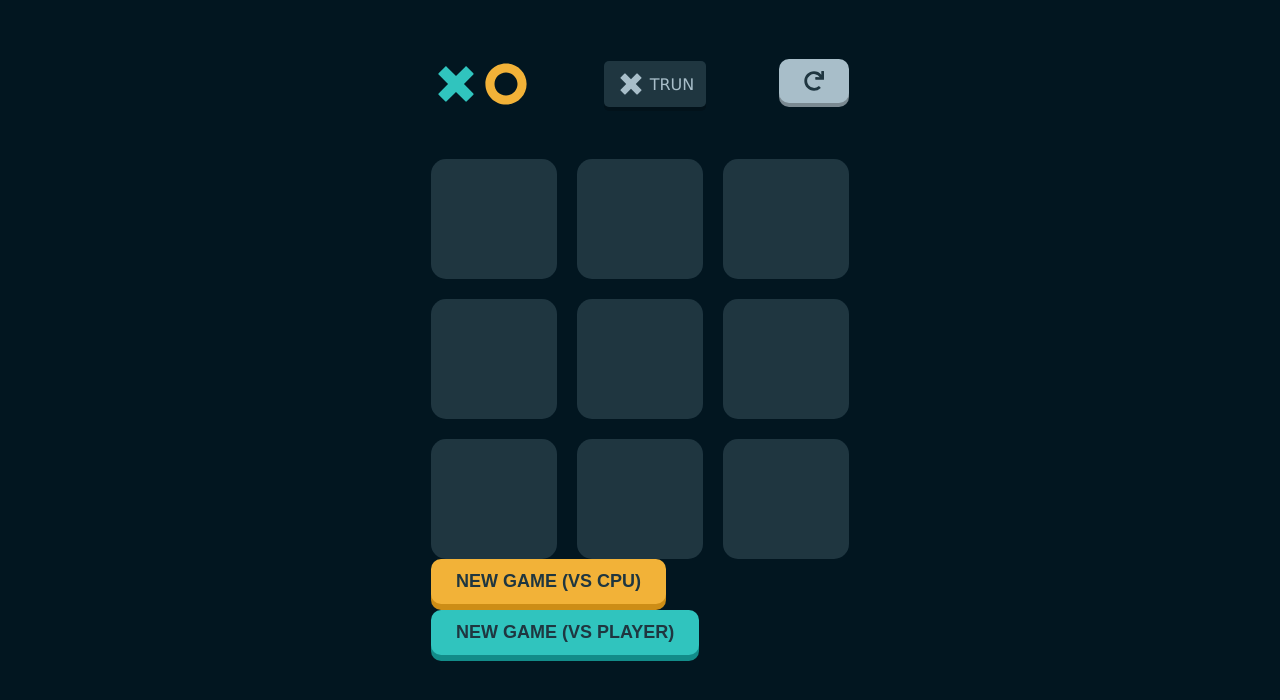
Repository: SD-Mdouka/XO_GAME
Page: /
These files come from the project's save history. The page is drawn as it stood at one moment and after the next save; the edit follows.
The browser window is 1280 px wide. The pictures show the whole page.
The project was rebuilt for these pictures with package versions that can differ from the ones it lists, and the page was loaded fresh each time. Also part of the build but not shown: src/component/start/Start.js.

Above is the page before, as saved 2022-08-29 16:30:36.

### src/index.css
* {
    padding: 0;
    margin: 0;
    box-sizing: border-box;
}

:root {
    --color-bg-dark: #192a33;
    --color-bg-light: #1f3640;
    --color-gray: #a8bec9;
    --color-gray-dark: #7a8991;
    --color-yellow: #f2b238;
    --color-yellow-dark: #cd8d16;
    --color-blue: #30c4be;
    --color-blue-dark: #128c89;
    --shadow-y: 6px;
}

html {
    font-family: "Lucida Sans", "Lucida Sans Regular", "Lucida Grande", "Lucida Sans Unicode", Geneva, Verdana, sans-serif;
    text-transform: uppercase;
    font-size: 16px;
}

body {
    background-color: var(--color-bg-dark);
    color: var(--color-gray);
}

.App {
    background-color: #021620;
    min-height: 100vh;
    display: flex;
    align-items: center;
    justify-content: center;
}

.container {
    max-width: 450px;
    width: 100%;
    margin-inline: auto;
    padding: 2rem 1rem;
}


/*utilites*/

.card {
    padding: 25px;
    display: flex;
    flex-direction: column;
    gap: 25px;
    border-radius: 15px;
    background-color: var(--color-bg-light);
    -webkit-border-radius: 15px;
    -moz-border-radius: 15px;
    -ms-border-radius: 15px;
    -o-border-radius: 15px;
    text-align: center;
}

.text-lg {
    font-size: 1.25rem;
}

.text-xl {
    font-size: 1.5rem;
}

.text-2xl {
    font-size: 1.725rem;
}

.text-light {
    color: var(--color-gray);
}

.text-blue {
    color: var(--color-blue);
}

.text-yellow {
    color: var(--color-yellow);
}

.btn {
    background-color: var(--color-gray);
    border: none;
    font-size: 1.125rem;
    font-weight: bold;
    padding: 12px 25px;
    text-transform: uppercase;
    cursor: pointer;
    border-radius: 10px;
    -webkit-border-radius: 10px;
    -moz-border-radius: 10px;
    -ms-border-radius: 10px;
    -o-border-radius: 10px;
    color: var(--color-bg-light);
    display: inline-block;
    box-shadow: 0 var(--shadow-y) 0 var(--color-gray-dark);
    margin-bottom: 6px;
    transition: all 0.2s;
    -webkit-transition: all 0.2s;
    -moz-transition: all 0.2s;
    -ms-transition: all 0.2s;
    -o-transition: all 0.2s;
}

.btn:hover {
    --shadow-y: 8px;
    transform: translateY(-2px);
    -webkit-transform: translateY(-2px);
    -moz-transform: translateY(-2px);
    -ms-transform: translateY(-2px);
    -o-transform: translateY(-2px);
}

.btn:active {
    --shadow-y: 4px;
    transform: translateY(2px);
    -webkit-transform: translateY(2px);
    -moz-transform: translateY(2px);
    -ms-transform: translateY(2px);
    -o-transform: translateY(2px);
}

.btn-yellow {
    background-color: var(--color-yellow);
    box-shadow: 0 var(--shadow-y) 0 var(--color-yellow-dark);
}

.btn-blue {
    background-color: var(--color-blue);
    box-shadow: 0 var(--shadow-y) 0 var(--color-blue-dark);
}

.btn-sm {
    --shadow-y: 4px;
}

.btn-sm:hover {
    --shadow-y: 6px;
}

.btn-sm:active {
    --shadow-y: 3px;
}


/* icons */

.icon {
    display: inline-block;
}

.icon svg {
    fill: var(--color-gray);
    height: 50px;
    width: 50px;
    vertical-align: middle;
}

.icon-sm svg {
    height: 30px;
    width: 30px;
}

.icon-lg svg {
    height: 65px;
    width: 65px;
}

.icon-yellow svg {
    fill: var(--color-yellow);
}

.icon-blue svg {
    fill: var(--color-blue);
}

.icon-dark svg {
    fill: var(--color-bg-dark);
}


/* Sarte */

.start {
    display: flex;
    flex-direction: column;
    gap: 25px;
}

.start__header {
    display: flex;
    align-items: center;
    justify-content: center;
}

.start__players {
    background-color: var(--color-bg-dark);
    padding: 10px;
    border-radius: 15px;
    -webkit-border-radius: 15px;
    -moz-border-radius: 15px;
    -ms-border-radius: 15px;
    -o-border-radius: 15px;
    display: flex;
    align-items: center;
    box-shadow: inset 0 0 8px rgba(0, 0, 0, 0.2);
}

.start__players span {
    width: 50%;
    display: flex;
    align-items: center;
    justify-content: center;
    padding: 15px 10px;
    border-radius: 10px;
    -webkit-border-radius: 10px;
    -moz-border-radius: 10px;
    -ms-border-radius: 10px;
    -o-border-radius: 10px;
    cursor: pointer;
}

.start__players--active {
    background-color: var(--color-gray);
    box-shadow: 0 0 8px rgba(255, 255, 255, 0.2);
}

.start__btns {
    display: flex;
    flex-direction: column;
    gap: 12px;
}


/* board */

.board__header {
    display: flex;
    justify-content: space-between;
    align-items: center;
    margin-bottom: 50px;
}

.board__turn {
    border-radius: 5px;
    background-color: var(--color-bg-light);
    -webkit-border-radius: 5px;
    -moz-border-radius: 5px;
    -ms-border-radius: 5px;
    -o-border-radius: 5px;
    padding: 8px 12px;
    align-items: center;
    display: flex;
    gap: 4px;
    box-shadow: 0 4px 0 rgba(0, 0, 0, 0.2);
}

.board__restart svg {
    height: 20px;
    display: flex;
    align-items: center;
    transform-origin: center;
    transition: all 0.3s;
    -webkit-transition: all 0.3s;
    -moz-transition: all 0.3s;
    -ms-transition: all 0.3s;
    -o-transition: all 0.3s;
}

.board__restart:active svg {
    transform: rotate(180deg);
    -webkit-transform: rotate(180deg);
    -moz-transform: rotate(180deg);
    -ms-transform: rotate(180deg);
    -o-transform: rotate(180deg);
}

.board__body {
    display: grid;
    grid-template-columns: repeat(3, 1fr);
    gap: 20px;
}

.board__body .card {
    height: 120px;
    display: flex;
    align-items: center;
    justify-content: center;
    cursor: pointer;
    padding-inline: 10px;
}

.board__body .active.shadow-blue {
    background-color: var(--color-blue);
}

### src/App.js
import Board from "./component/board/Board";
import Start from "./component/start/Start";

function App() {
  return (
    <div className="App">
      <div className="container">
        {/* <Start /> */}
        <Board />
      </div>
    </div>
  );
}

export default App;

### src/component/board/Board.js
import React from "react";
import Xicons from "../icons/Xicons";
import Oicons from "../icons/Oicons";
import Refrsh from "../icons/Refrsh";
import BorardCard from "./BorardCard";

const Board = () => {
  const squars = [" ", "o", "x", " ", "o", "x", " ", "o", "x"];
  return (
    <div className="board">
      <div className="board__header">
        <div>
          <Xicons />
          <Oicons />
        </div>
        <div className="board__turn">
          <Xicons color={"ligth"} size="sm" /> trun
        </div>
        <div>
          <button className="btn btn-sm board__restart">
            <Refrsh />
          </button>
        </div>
      </div>
      <div className="board__body">
        {squars.map((sq, ix) => (
          <BorardCard key={ix} index={ix} user={ix === 5} />
        ))}
      </div>
      <div className="board__footer">
        <button className="btn btn-yellow">new game (vs CPU)</button>
        <button className="btn btn-blue">new game (vs Player)</button>
      </div>
    </div>
  );
};

export default Board;

### src/component/icons/Xicons.js
import React from "react";

const Xicon = ({ color, size }) => {
  return (
    <div
      className={`icon ${color ? "icon-" + color : "icon-blue"} ${
        size && "icon-" + size
      }`}
    >
      <svg
        version="1.1"
        id="Layer_1"
        x="0px"
        y="0px"
        width="100px"
        height="100px"
        viewBox="0 0 100 100"
      >
        <path
          d="M84.707,68.752L65.951,49.998l18.75-18.752c0.777-0.777,0.777-2.036,0-2.813L71.566,15.295
	c-0.777-0.777-2.037-0.777-2.814,0L49.999,34.047l-18.75-18.752c-0.746-0.747-2.067-0.747-2.814,0L15.297,28.431
	c-0.373,0.373-0.583,0.88-0.583,1.407c0,0.527,0.21,1.034,0.583,1.407L34.05,49.998L15.294,68.753
	c-0.373,0.374-0.583,0.88-0.583,1.407c0,0.528,0.21,1.035,0.583,1.407l13.136,13.137c0.373,0.373,0.881,0.583,1.41,0.583
	c0.525,0,1.031-0.21,1.404-0.583l18.755-18.755l18.756,18.754c0.389,0.388,0.896,0.583,1.407,0.583c0.511,0,1.019-0.195,1.408-0.583
	l13.138-13.137C85.484,70.789,85.484,69.53,84.707,68.752z"
        />
      </svg>
    </div>
  );
};

export default Xicon;

### src/component/icons/Oicons.js
import React from "react";

const Oicon = ({ color, size }) => {
  return (
    <div
      className={`icon ${color ? "icon-" + color : "icon-yellow"} ${
        size && "icon-" + size
      }`}
    >
      <svg
        version="1.1"
        id="Layer_1"
        x="0px"
        y="0px"
        viewBox="-169 -35 100 100"
      >
        <g>
          <path
            d="M-119,56.2c-22.7,0-41.2-18.5-41.2-41.2s18.5-41.2,41.2-41.2c22.7,0,41.2,18.5,41.2,41.2S-96.3,56.2-119,56.2z M-119-8
		c-12.7,0-23,10.3-23,23c0,12.7,10.3,23,23,23s23-10.3,23-23C-96,2.3-106.3-8-119-8z"
          />
        </g>
      </svg>
    </div>
  );
};

export default Oicon;

### src/component/icons/Refrsh.js
import React from "react";

const Refrsh = () => {
  return (
    <svg
      aria-hidden="true"
      focusable="false"
      data-prefix="fas"
      data-icon="redo"
      role="img"
      xmlns="http://www.w3.org/2000/svg"
      viewBox="0 0 512 512"
    >
      <path
        fill="currentColor"
        d="M500.33 0h-47.41a12 12 0 0 0-12 12.57l4 82.76A247.42 247.42 0 0 0 256 8C119.34 8 7.9 119.53 8 256.19 8.1 393.07 119.1 504 256 504a247.1 247.1 0 0 0 166.18-63.91 12 12 0 0 0 .48-17.43l-34-34a12 12 0 0 0-16.38-.55A176 176 0 1 1 402.1 157.8l-101.53-4.87a12 12 0 0 0-12.57 12v47.41a12 12 0 0 0 12 12h200.33a12 12 0 0 0 12-12V12a12 12 0 0 0-12-12z"
      ></path>
    </svg>
  );
};

export default Refrsh;

### src/component/board/BorardCard.js
import React from "react";
import Xicons from "../icons/Xicons";
import Oicons from "../icons/Oicons";

const BorardCard = ({ user = "nouser", active, index }) => {
  return (
    <div
      className={`card
      ${active && user === "x" && "shadow-blue"}
    ${active && user === "o" && "shadow-yellow"}
    ${!active ? "shadow-gray" : "active"}
    `}
    >
      {user === "x" && <Xicons color={"dark"} size="lg" />}
      {user === "o" && <Oicons color={"light"} size="lg" />}
    </div>
  );
};

export default BorardCard;

Loaded but not shown: public/index.html (common file); src/index.js (common file)

After the next save:
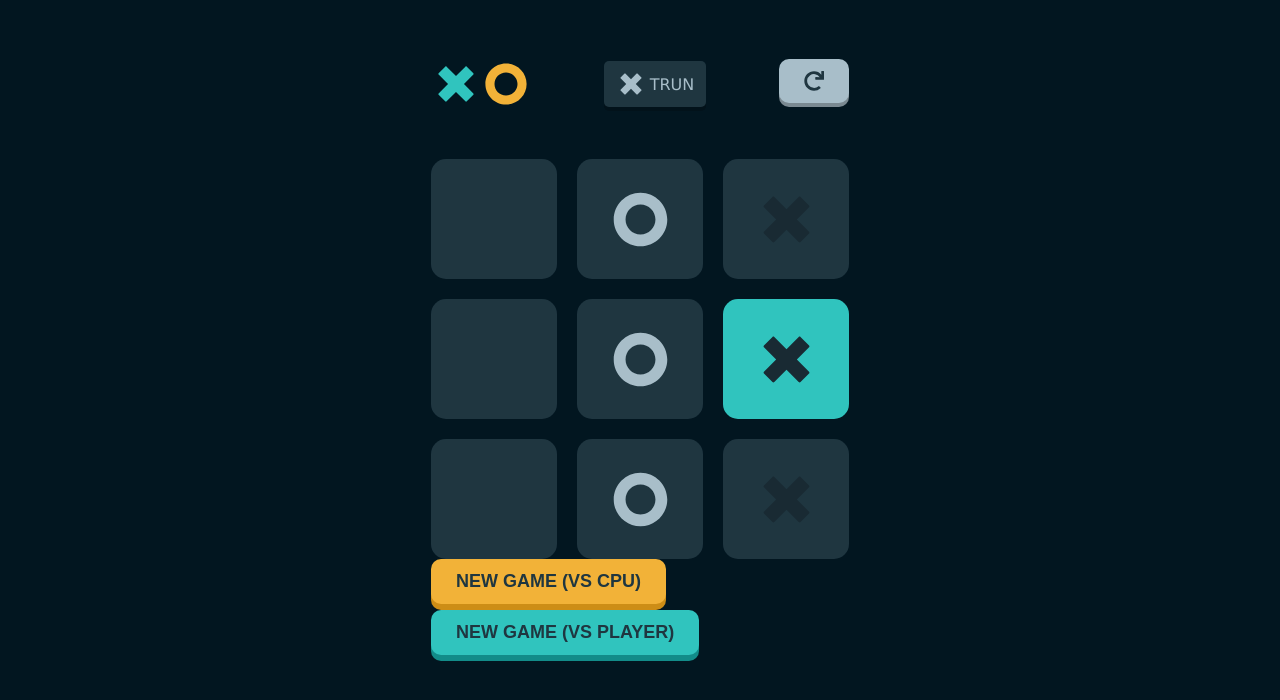
Saved 58 s later.
--- a/src/component/board/Board.js
+++ b/src/component/board/Board.js
@@ -24,7 +24,7 @@ const Board = () => {
       </div>
       <div className="board__body">
         {squars.map((sq, ix) => (
-          <BorardCard key={ix} index={ix} user={ix === 5} />
+          <BorardCard key={ix} index={ix} user={sq} active={ix === 5} />
         ))}
       </div>
       <div className="board__footer">
